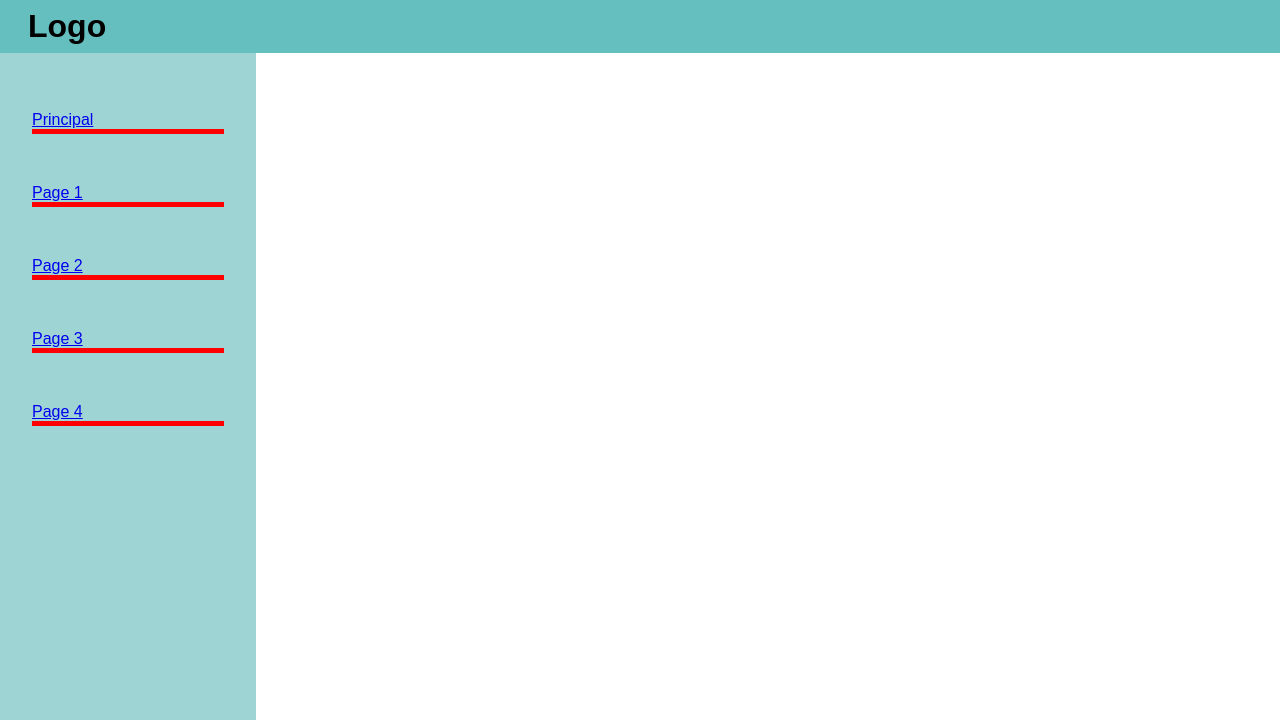
Repository: mateus-henrique-silva/Dashboard-pixel-facebook-react
Page: / (app in dashboard-pixel/)
An editor plug-in stored every save of this project. The page is shown before and after the next save, followed by the edit.
The browser window is 1280 px wide. The pictures show the whole page.
The project was rebuilt for these pictures with package versions that can differ from the ones it lists, and the page was loaded fresh each time.

Above is the page before, as saved 2022-07-07 17:53:05.

After the next save:
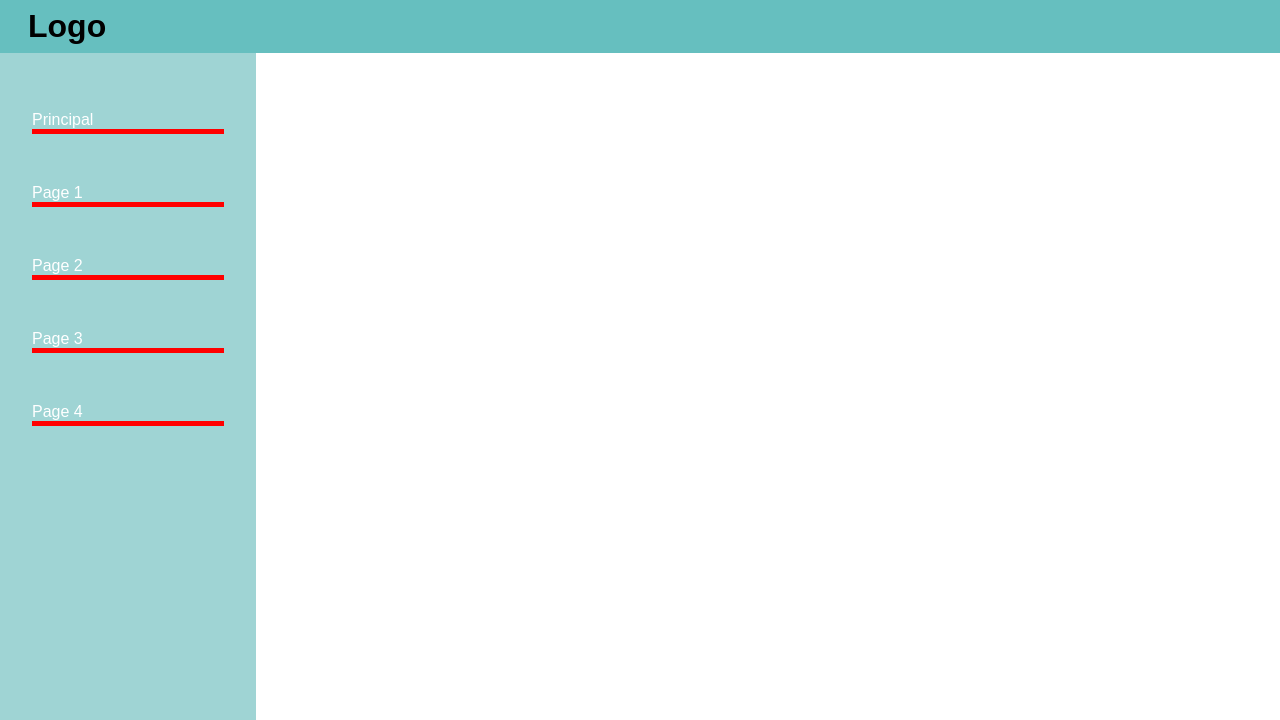
Saved 4 s later.
--- a/dashboard-pixel/src/Components/SideBar/SideBar.css
+++ b/dashboard-pixel/src/Components/SideBar/SideBar.css
@@ -12,7 +12,7 @@
 
 .Menu-tag div {
   margin-top:50px;
-  border-bottom: 5px solid red;
+  border-bottom: 5px solid red;}
 
 .Menu-tag div a {
     text-decoration: none;
